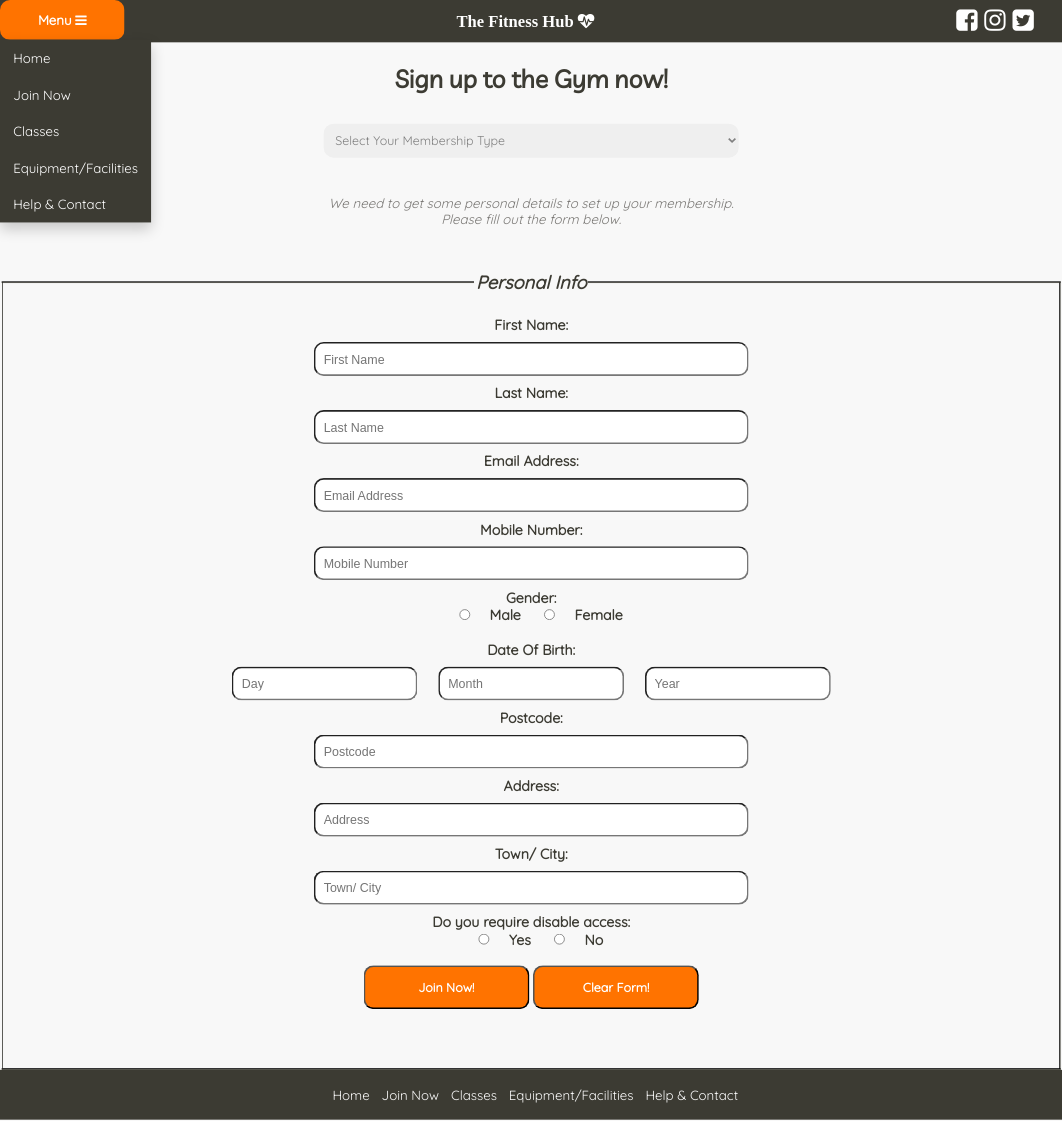
Repository: RicardoAzuul/the_fitness_hub
Page: join_now.html
The author's editor kept a record of every edit. The page is drawn from the files as they stood at one moment, then again after the next edit.
The browser window is 1280 px wide. The pictures show the whole page, at 83% of full size.
Some web fonts or font styles are not loaded; a fallback is used.

Above is the page before.

After the next edit:
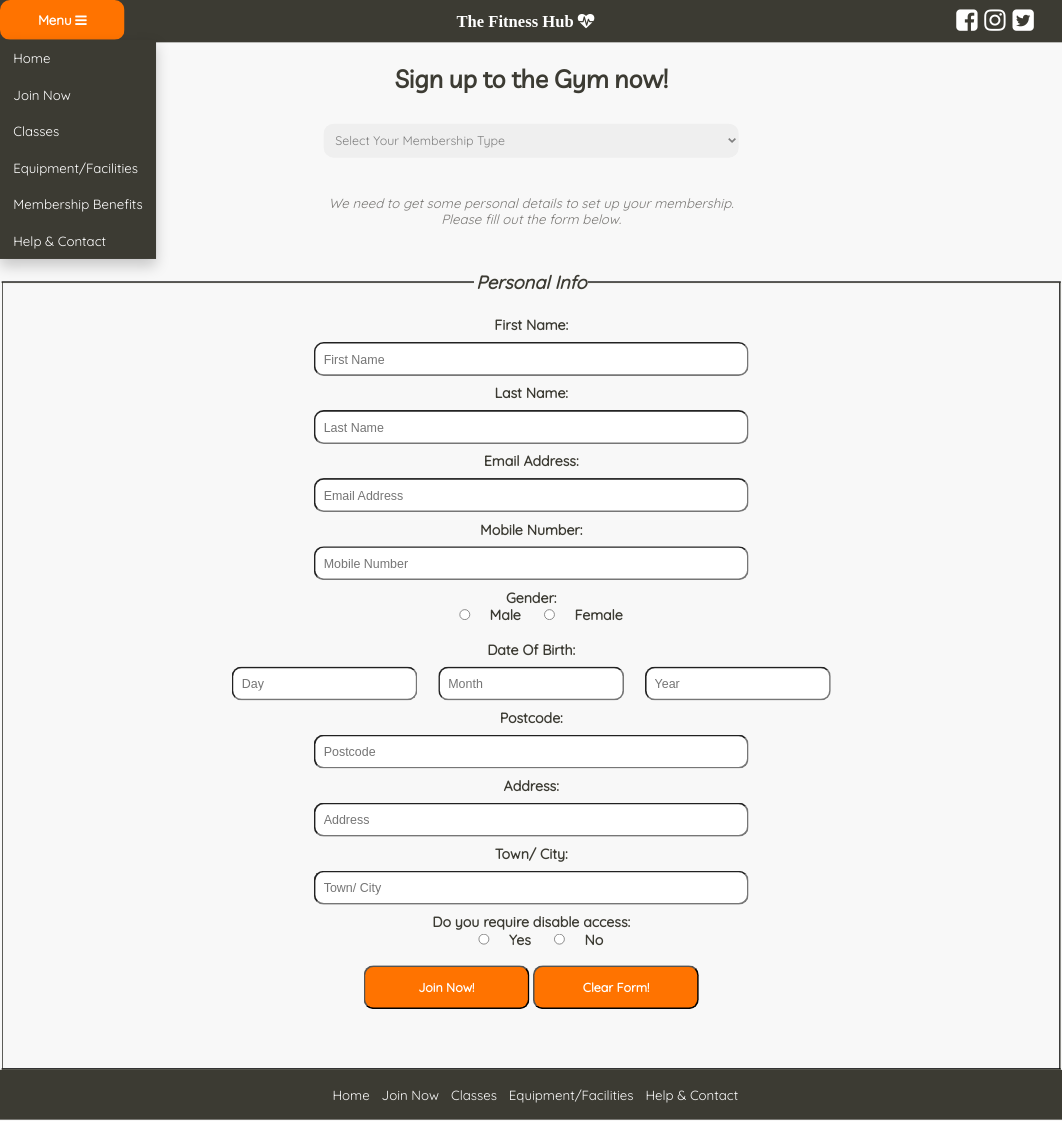
The edit:
--- a/join_now.html
+++ b/join_now.html
@@ -23,6 +23,7 @@
            <a href="join_now.html">Join Now</a>
            <a href="classes.html">Classes</a>
            <a href="equipment.html">Equipment/Facilities</a>
+           <a href="membership_benefits.html">Membership Benefits</a>
            <a href="help_and_contact.html">Help & Contact</a>
            </div>
            </div>
